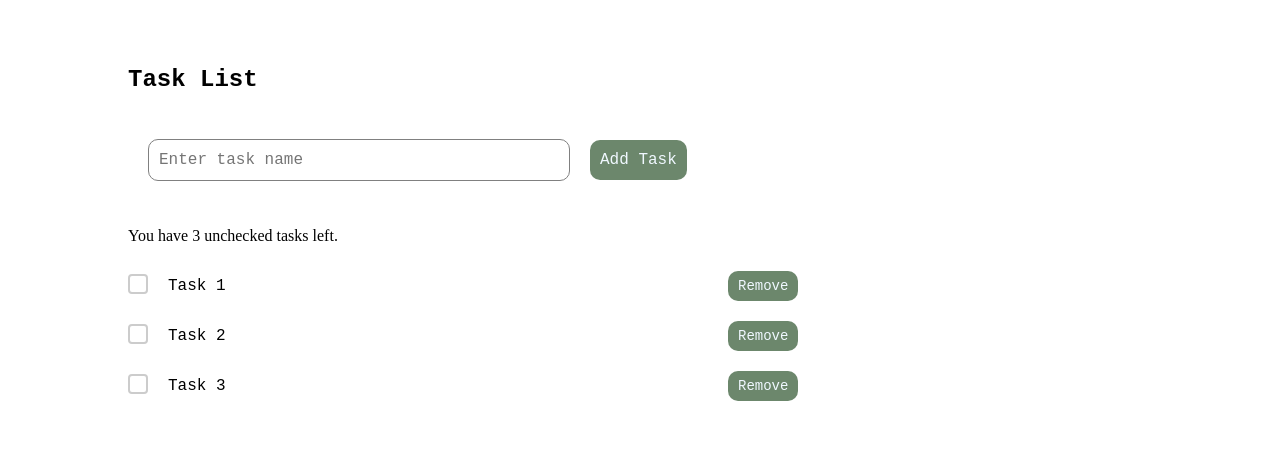
Repository: SandyLy453/task-list
Page: /
The author's editor kept a copy of each file at every save. The page is drawn from the files as they stood at one save, then again after the next save.
The browser window is 1280 px wide. The pictures show the whole page.
The project was rebuilt for these pictures with package versions that can differ from the ones it lists, and the page was loaded fresh each time. Also part of the build but not shown: vite.config.js.

Above is the page before, as saved 2024-10-11 15:40:16.

After the next save:
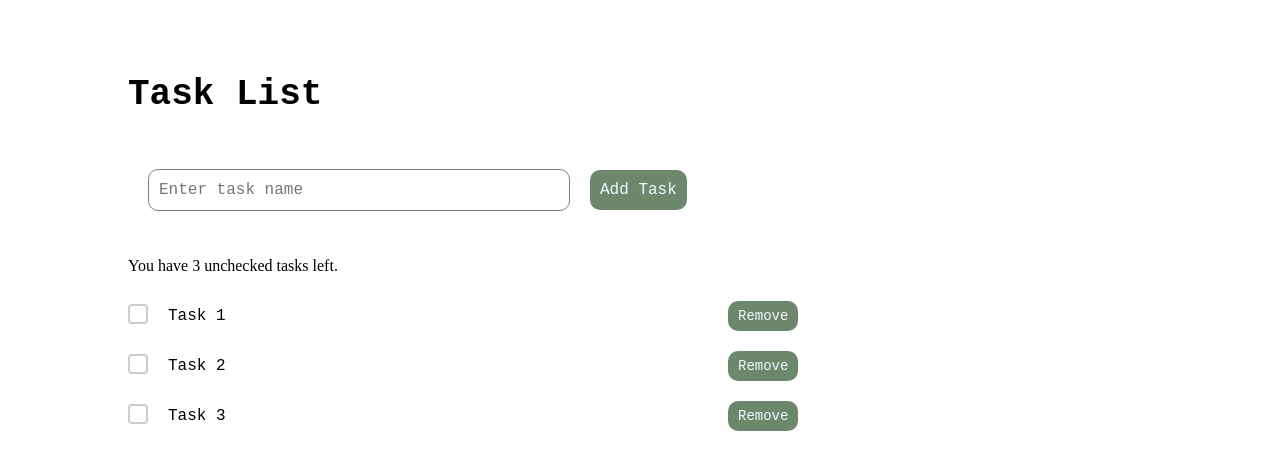
Saved 5 s later.
--- a/src/index.css
+++ b/src/index.css
@@ -5,7 +5,7 @@
 
 .title {
   font-family: monospace;
-  font-size: 24px;
+  font-size: 36px;
 }
 
 .inputBox {
